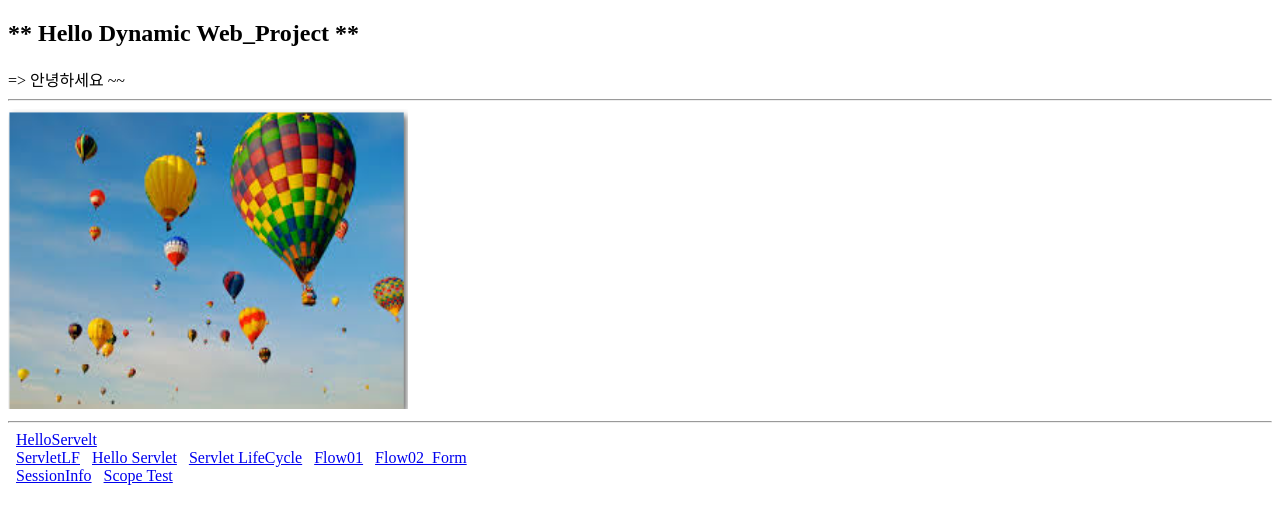
Repository: nameground/Java
Page: http://localhost/Web01/
The author's editor kept a copy of each file at every save. The page is drawn from the files as they stood at one save, then again after the next save.
The browser window is 1280 px wide. The pictures show the whole page.
The page is served by Tomcat 9. Nobody is signed in. The application's start-up code is not run. Other server files are loaded and not shown.

Above is the page before, as saved 2023-10-12 00:58:45.

### mTest/Mywork/Web01/src/main/webapp/index.jsp
<%@ page language="java" contentType="text/html; charset=UTF-8"
	pageEncoding="UTF-8"%>
<!DOCTYPE html>
<html>
<head>
<meta charset="UTF-8">
<title>Insert title here</title>
</head>
<body>
	<h2>** Hello Dynamic Web_Project **</h2>
	=> 안녕하세요 ~~
	<br>
	<hr>
	<img src="./images/a2.png" width="400" height="300">
	<hr>
	&nbsp;
	<a href="/Web01/helloS">HelloServelt</a>
	<br> &nbsp;
	<a href="/Web01/lifecycle">ServletLF</a> &nbsp;
	<a href="/Web01/helloS">Hello Servlet</a> &nbsp;
	<a href="/Web01/lifeCycle">Servlet LifeCycle</a> &nbsp;
	<a href="/Web01/flow01">Flow01</a> &nbsp;
	<a href="/Web01/servletTestForm/flow02_TestForm.jsp">Flow02_Form</a>
	<br> &nbsp;
	<a href="/Web01/sessioni">SessionInfo</a> &nbsp;
	<a href="/Web01/01set">Scope Test</a>
</body>
</html>

After the next save:
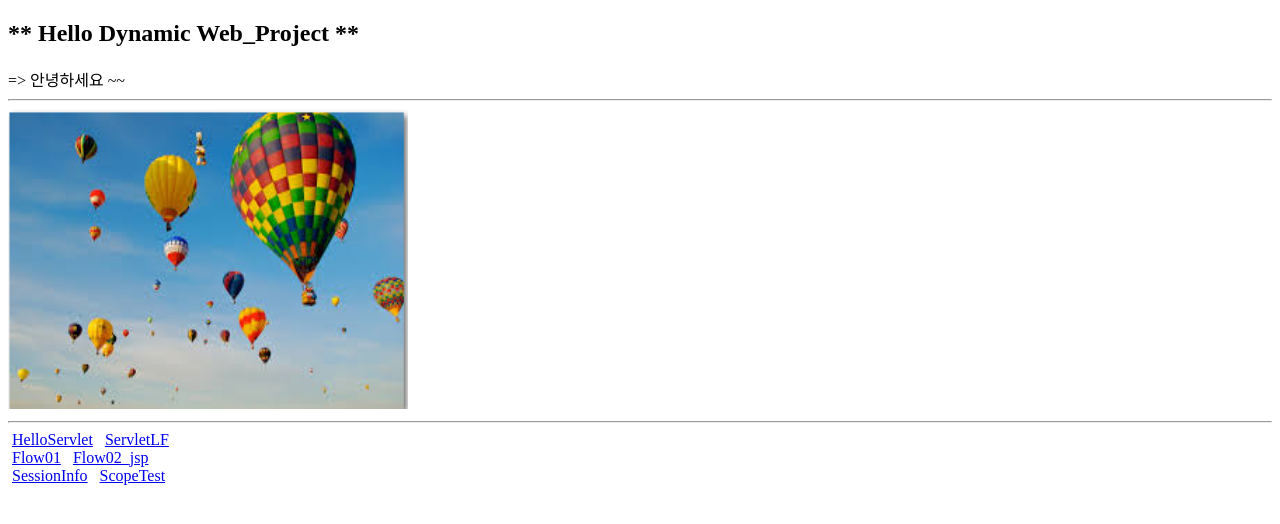
Saved 13 s later.
--- a/mTest/Mywork/Web01/src/main/webapp/index.jsp
+++ b/mTest/Mywork/Web01/src/main/webapp/index.jsp
@@ -1,28 +1,24 @@
 <%@ page language="java" contentType="text/html; charset=UTF-8"
-	pageEncoding="UTF-8"%>
+    pageEncoding="UTF-8"%>
 <!DOCTYPE html>
 <html>
 <head>
 <meta charset="UTF-8">
-<title>Insert title here</title>
+<title>** Web01_JSP **</title>
 </head>
 <body>
-	<h2>** Hello Dynamic Web_Project **</h2>
-	=> 안녕하세요 ~~
-	<br>
-	<hr>
-	<img src="./images/a2.png" width="400" height="300">
-	<hr>
-	&nbsp;
-	<a href="/Web01/helloS">HelloServelt</a>
-	<br> &nbsp;
-	<a href="/Web01/lifecycle">ServletLF</a> &nbsp;
-	<a href="/Web01/helloS">Hello Servlet</a> &nbsp;
-	<a href="/Web01/lifeCycle">Servlet LifeCycle</a> &nbsp;
-	<a href="/Web01/flow01">Flow01</a> &nbsp;
-	<a href="/Web01/servletTestForm/flow02_TestForm.jsp">Flow02_Form</a>
-	<br> &nbsp;
-	<a href="/Web01/sessioni">SessionInfo</a> &nbsp;
-	<a href="/Web01/01set">Scope Test</a>
+<h2>** Hello Dynamic Web_Project **</h2>
+=> 안녕하세요 ~~<br>
+<hr>
+<img src="./images/a2.png" width="400" height="300">
+<hr>
+&nbsp;<a href="/Web01/helloS">HelloServlet</a>&nbsp;
+&nbsp;<a href="/Web01/lifecycle">ServletLF</a><br>
+&nbsp;<a href="/Web01/flow01">Flow01</a>&nbsp;
+&nbsp;<a href="/Web01/servletTestForm/flow02_TestForm.jsp">Flow02_jsp</a><br>
+&nbsp;<a href="/Web01/sessioni">SessionInfo</a>&nbsp;
+&nbsp;<a href="/Web01/01set">ScopeTest</a>&nbsp;
+
+
 </body>
 </html>
